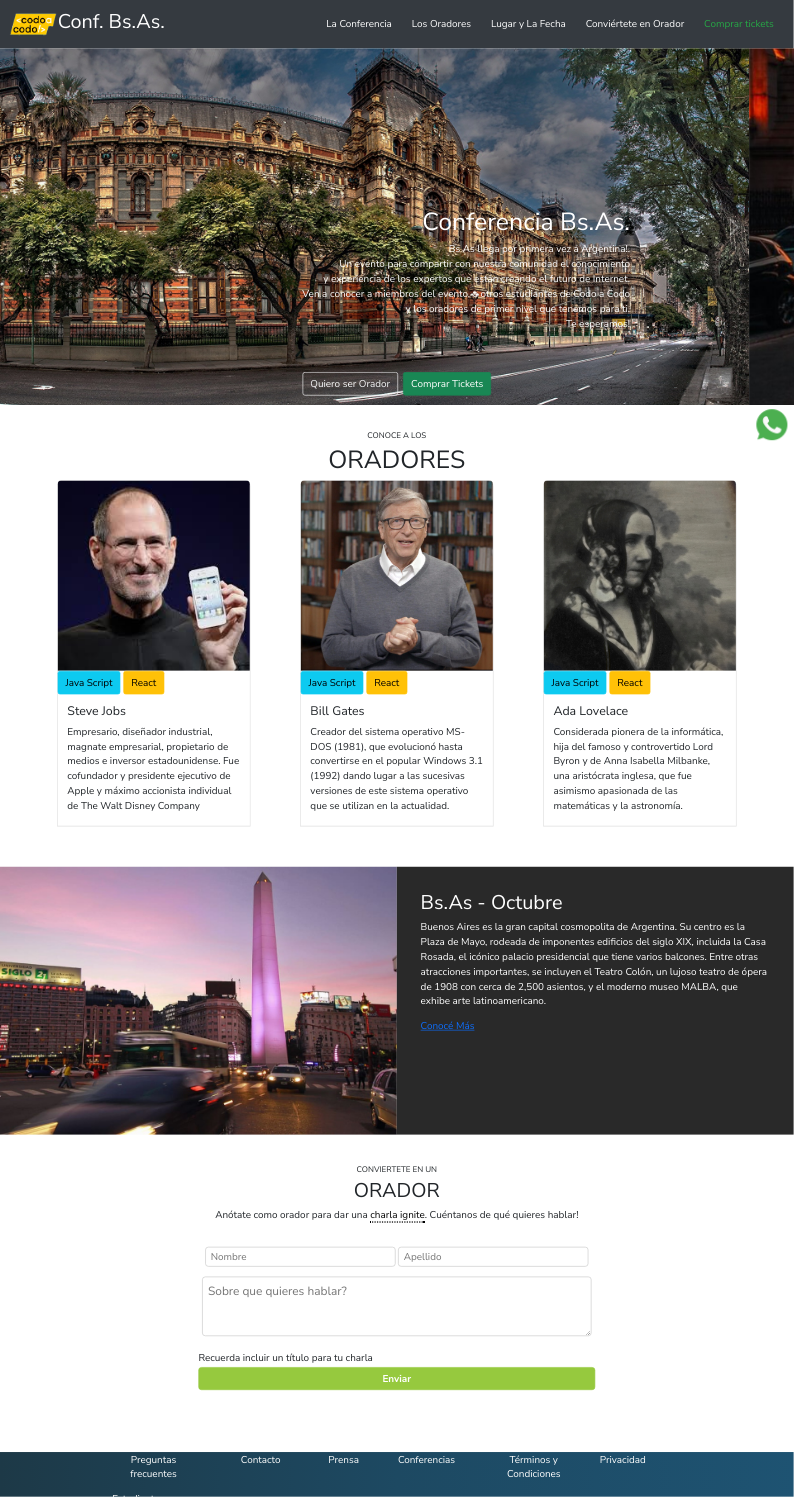
Repository: Melire/trabajo-final-BS
Page: index.html
These files come from the project's save history. The page is drawn as it stood at one moment and after the next save; the edit follows.
The browser window is 1280 px wide. The pictures show the whole page, at 62% of full size.

Above is the page before, as saved 2023-05-10 09:53:24.

After the next save:
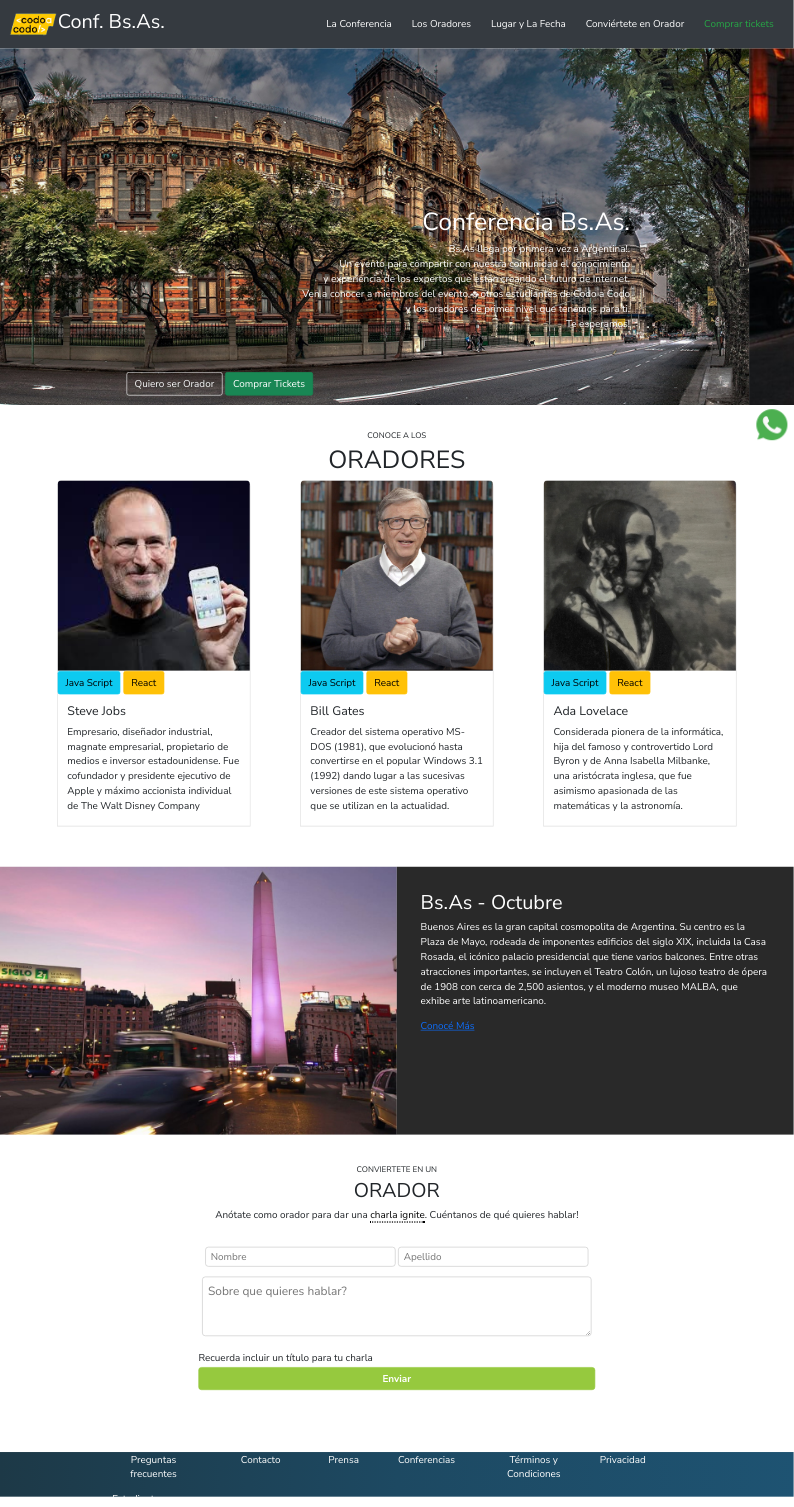
Saved 4 h 51 min later.
--- a/index.html
+++ b/index.html
@@ -57,7 +57,7 @@
                     </div>
 
                     <!--botones carrousel-->
-                    <nav class="d-flex gap-2 justify-content-end flex-wrap">
+                    <nav class="container">
                         <a href="#convierteteEnOrador" button type="button" class="btn btn-outline-light">Quiero ser
                             Orador</a>
                         <a href="./pages/comprar_tickets.html" button type="button" class="btn btn-success" >Comprar
